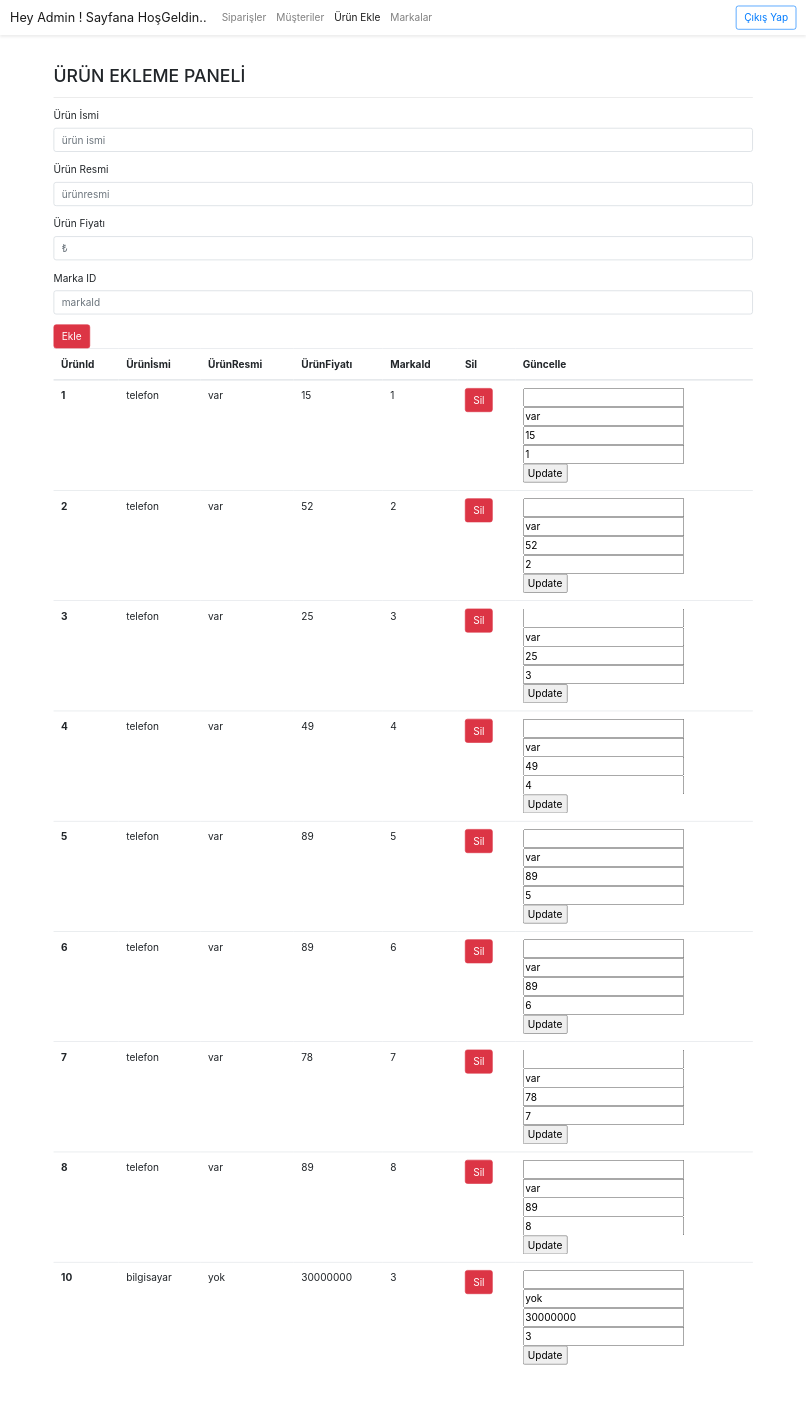
Repository: NergisAktug/E-Commerce-PythonWithFlask-Sqlite3
Page: http://localhost/urunEkle
An editor plug-in stored every save of this project. The page is shown before and after the next save, followed by the edit.
The browser window is 1280 px wide. The pictures show the whole page, at 63% of full size.
Some web libraries are served in a nearby version. The page is served by the project's application, run on Flask 3 (app.py). The page reads the database file committed with the project.

Above is the page before, as saved 2018-12-09 23:19:11.

After the next save:
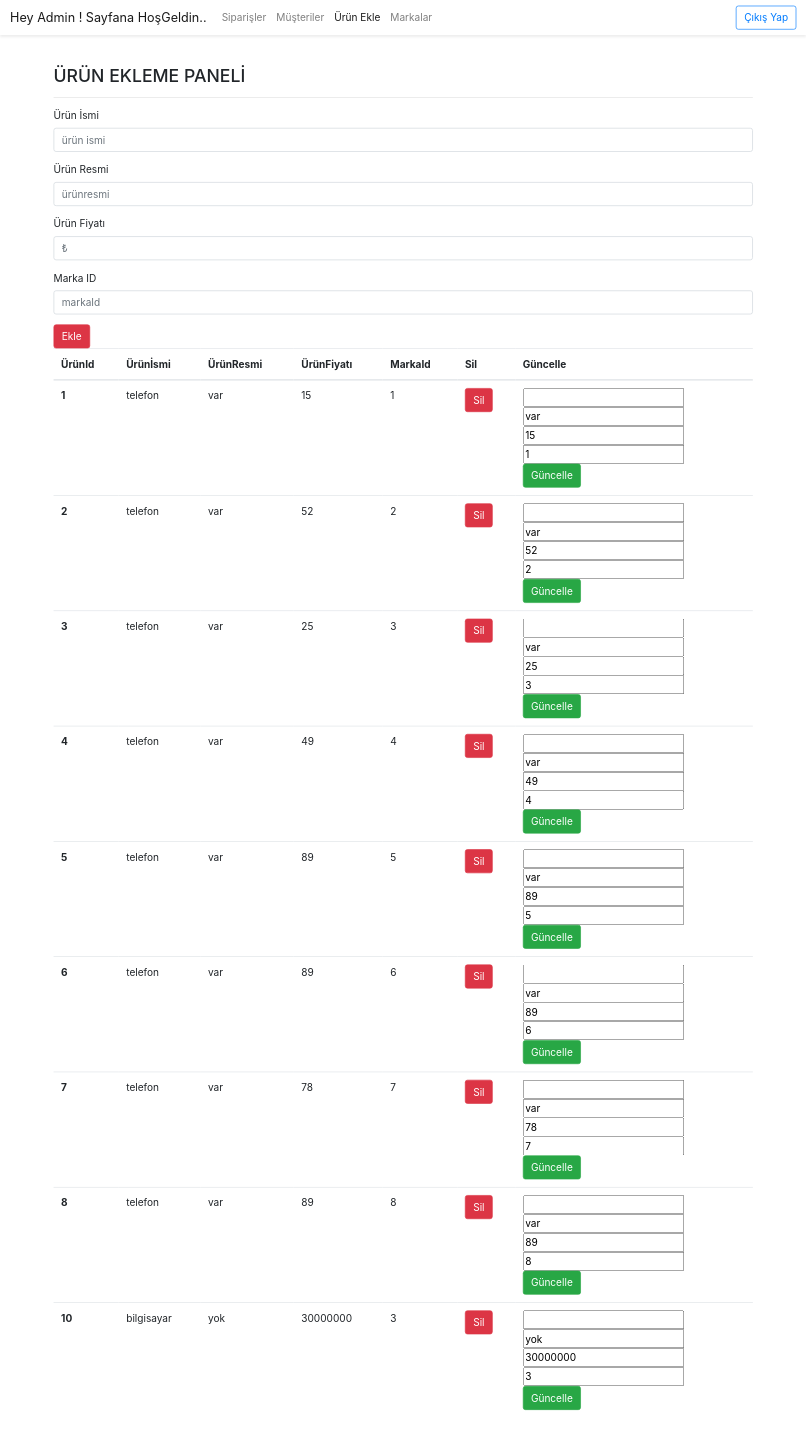
Saved 3 min 44 s later.
--- a/templates/urunEkle.html
+++ b/templates/urunEkle.html
@@ -96,7 +96,7 @@
                               <input type="text" value="{{veri.urunresmi}}" name="urunresmi"><br>
                               <input type="number" value="{{veri.urunFiyati}}" name="urunFiyati"><br>
                               <input type="number" value="{{veri.markaId}}" name="markaId"><br>
-                              <input type="submit" value="Update">
+                              <button type="button" class="btn btn-success" value="Update">Güncelle</button>
                             </form>
                           </td>
                           {% endif %}
